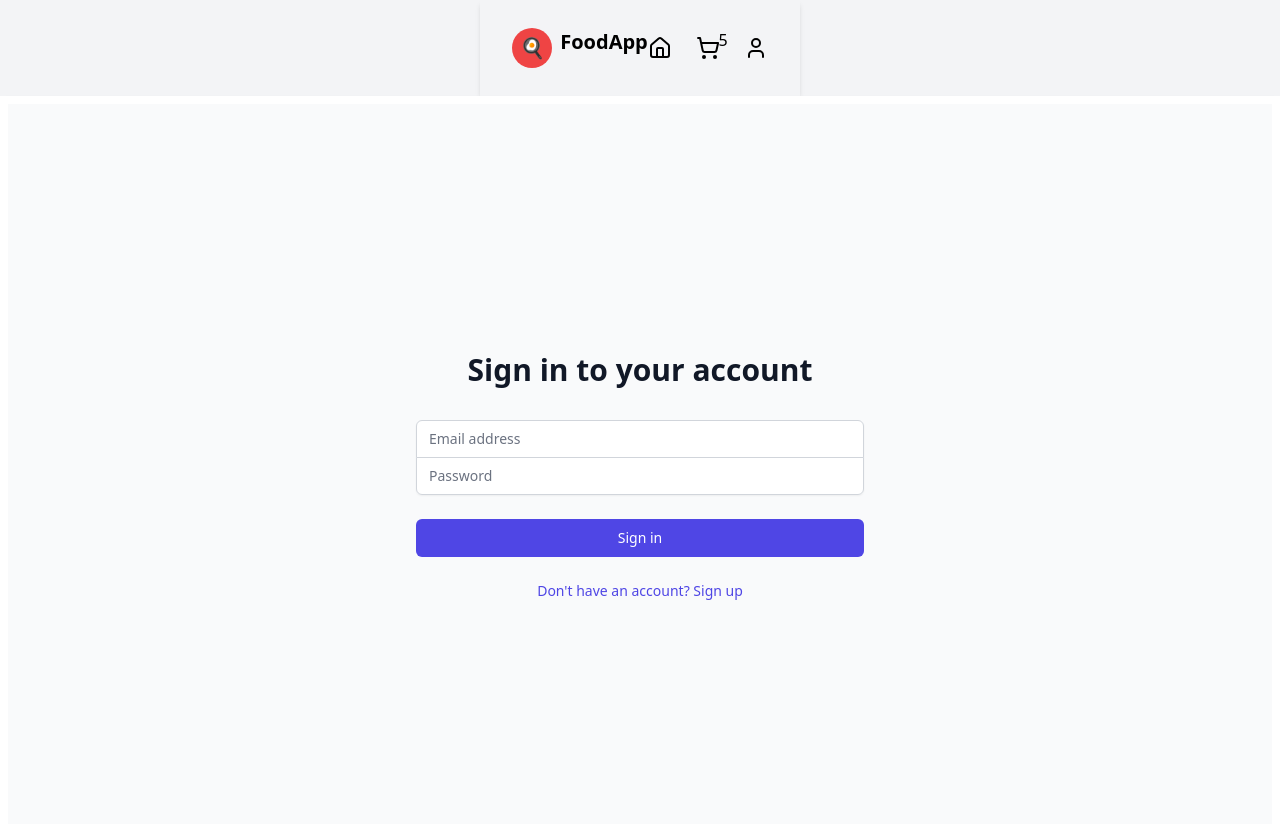
Repository: Deniihsilvaa/pastelariadoceesal
Page: /auth
An editor plug-in stored every save of this project. The page is shown before and after the next save, followed by the edit.
The browser window is 1280 px wide. The pictures show the whole page.
The page's requests for data from a server got no answer. The project was rebuilt for these pictures with package versions that can differ from the ones it lists, and the page was loaded fresh each time. No one was signed in, and anything a server would have sent is missing. Also part of the build but not shown: vite.config.ts, src/components/home/CategoryCard.tsx, src/pages/HomePage.tsx, src/lib/supabaseClient.ts, src/components/restaurant/MenuItem.tsx, src/components/restaurant/MenuList.tsx, src/components/restaurant/RestaurantHeader.tsx, src/pages/RestaurantPage.tsx and 1 more.

Above is the page before, as saved 2024-12-31 18:04:01.

### index.html
<!doctype html>
<html lang="en">

<head>
  <meta charset="UTF-8" />
  <link rel="icon" type="image/svg+xml" href="" />
  <meta name="viewport" content="width=device-width, initial-scale=1.0" />
  <title>Pastelaria Doce & Sal</title>

</head>

<body>
  <div id="root"></div>
  <script type="module" src="/src/main.tsx"></script>
</body>

</html>

### src/App.tsx
// src/app.tsx
import { PrimeReactProvider } from "primereact/api";
import React from "react";
import { BrowserRouter as Router } from "react-router-dom";
import { AuthProvider } from "./contexts/AuthContext";
import Rota from "./hooks/Rota.tsx";
import Layout from "./components/layout/Layout";

const App: React.FC = () => {
  return (
    <PrimeReactProvider value={{ unstyled: true }}>
      <Router>
        <AuthProvider>
          <Layout>
            <Rota />
          </Layout>
        </AuthProvider>
      </Router>
    </PrimeReactProvider>
  );
};

export default App;

### src/contexts/AuthContext.tsx
import  { createContext,  useState, ReactNode } from 'react';

interface AuthContextType {
  user: { name: string; email: string } | null;
  login: (userData: { name: string; email: string }) => void;
  logout: () => void;
}

export const AuthContext = createContext<AuthContextType | undefined>(undefined);

export function AuthProvider({ children }: { children: ReactNode }) {
  const [user, setUser] = useState<AuthContextType['user']>(null);

  const login = (userData: { name: string; email: string }) => {
    setUser(userData);
  };

  const logout = () => {
    setUser(null);
  };

  return (
    <AuthContext.Provider value={{ user, login, logout }}>
      {children}
    </AuthContext.Provider>
  );
}

### src/hooks/Rota.tsx
import { Routes, Route } from "react-router-dom";
import { useAuth } from "../contexts/useAuth.tsx";
import { AuthForm } from '../components/AuthForm.tsx';
import { HomePage } from '../pages/HomePage.tsx';
import { RestaurantPage } from '../pages/RestaurantPage';
import { Profile } from '../components/layout/profile/Profile';

const Rota = () => {
  const {user} = useAuth();

  return (
    <Routes>
      {/* Rotas públicas */}
      <Route path="/" element={<HomePage />} />
      <Route path="/auth" element={<AuthForm />} />
      <Route path="/profile" element={<Profile />} />
      <Route path="/restaurant/:id" element={<RestaurantPage />} />

      {user ? (
        <Route path="/profile" element={<Profile />} />
      ) : (
        <Route path="*" element={<HomePage />} />
      )}

      {/* Redirecionamento para a página inicial para qualquer outra rota desconhecida */}
      <Route path="*" element={<HomePage />} />
    </Routes>
  );
};

export default Rota;

### src/components/layout/Layout.tsx
// src/components/layout/Layout.tsx
import { ReactNode } from 'react';
import { Header } from './Header';

interface LayoutProps {
  children: ReactNode;
}

const Layout: React.FC<LayoutProps> = ({ children }) => {
  return (
    <div className="flex flex-col min-h-screen bg-gray-100 min-w-screen">
      <Header />
      <main className="flex-1 p-2 bg-white shadow-md">{children}</main>
    </div>
  );
};

export default Layout;

### src/contexts/useAuth.tsx
import { useContext } from 'react';
import {AuthContext} from '../contexts/AuthContext';

export function useAuth() {
  const context = useContext(AuthContext);
  if (context === undefined) {
    throw new Error('useAuth must be used within an AuthProvider');
  }
  return context;
}

### src/components/AuthForm.tsx
import { useState } from 'react';
import { useAuth } from '../contexts/useAuth';

export function AuthForm() {
  const [isLogin, setIsLogin] = useState(true);
  const [email, setEmail] = useState('');
  const [password, setPassword] = useState('');
  const [error, setError] = useState('');
  const { signIn, signUp } = useAuth();

  const handleSubmit = async (e: React.FormEvent) => {
    e.preventDefault();
    setError('');

    try {
      if (isLogin) {
        await signIn(email, password);
      } else {
        await signUp(email, password);
      }
    } catch (err) {
      setError(err instanceof Error ? err.message : 'An error occurred');
    }
  };

  return (
    <div className="flex items-center justify-center min-h-screen px-4 py-12 bg-gray-50 sm:px-6 lg:px-8">
      <div className="w-full max-w-md space-y-8">
        <div>
          <h2 className="mt-6 text-3xl font-extrabold text-center text-gray-900">
            {isLogin ? 'Sign in to your account' : 'Create your account'}
          </h2>
        </div>
        <form className="mt-8 space-y-6" onSubmit={handleSubmit}>
          <div className="-space-y-px rounded-md shadow-sm">
            <div>
              <label htmlFor="email-address" className="sr-only">
                Email address
              </label>
              <input
                id="email-address"
                name="email"
                type="email"
                required
                className="relative block w-full px-3 py-2 text-gray-900 placeholder-gray-500 border border-gray-300 rounded-none appearance-none rounded-t-md focus:outline-none focus:ring-indigo-500 focus:border-indigo-500 focus:z-10 sm:text-sm"
                placeholder="Email address"
                value={email}
                onChange={(e) => setEmail(e.target.value)}
              />
            </div>
            <div>
              <label htmlFor="password" className="sr-only">
                Password
              </label>
              <input
                id="password"
                name="password"
                type="password"
                required
                className="relative block w-full px-3 py-2 text-gray-900 placeholder-gray-500 border border-gray-300 rounded-none appearance-none rounded-b-md focus:outline-none focus:ring-indigo-500 focus:border-indigo-500 focus:z-10 sm:text-sm"
                placeholder="Password"
                value={password}
                onChange={(e) => setPassword(e.target.value)}
              />
            </div>
          </div>

          {error && (
            <div className="text-sm text-center text-red-500">{error}</div>
          )}

          <div>
            <button
              type="submit"
              className="relative flex justify-center w-full px-4 py-2 text-sm font-medium text-white bg-indigo-600 border border-transparent rounded-md group hover:bg-indigo-700 focus:outline-none focus:ring-2 focus:ring-offset-2 focus:ring-indigo-500"
            >
              {isLogin ? 'Sign in' : 'Sign up'}
            </button>
          </div>

          <div className="text-sm text-center">
            <button
              type="button"
              className="font-medium text-indigo-600 hover:text-indigo-500"
              onClick={() => setIsLogin(!isLogin)}
            >
              {isLogin
                ? "Don't have an account? Sign up"
                : 'Already have an account? Sign in'}
            </button>
          </div>
        </form>
      </div>
    </div>
  );
}

### src/components/layout/Header.tsx
// src/components/layout/Header.tsx
import { Link } from 'react-router-dom';
import { Avatar } from 'primereact/avatar';
import { Badge } from 'primereact/badge';
import { InputText } from 'primereact/inputtext';
import { Search, ShoppingCart, User, Home, Heart } from 'lucide-react';
import { useAuth } from '../../contexts/useAuth';

export function Header() {
  const { user } = useAuth();

  return (
    <div className="flex items-center justify-between p-4 mx-auto space-x-6 shadow-md max-w-7xl sm:flex-col md:flex-row">
      <div className="flex items-center justify-center h-16 px-4 mx-auto max-w-7xl">
        {/* Logo */}
        <Link to="/" className="flex justify-end space-x-2 ">
          <div className="flex items-center justify-center w-10 h-10 bg-red-500 rounded-full">
            <span className="text-xl text-white">🍳</span>
          </div>
          <span className="text-xl font-bold">FoodApp</span>
        </Link>

        {/* Navigation Links */}
        <nav className="flex items-center space-x-6">
          <Link to="/" className="nav-link">
            <Home className="w-6 h-6 hover:text-red-500" />
          </Link>
          <Link to="/cart" className="relative nav-link">
            <ShoppingCart className="w-6 h-6 hover:text-red-500" />
            <Badge value="5" className="absolute -top-2 -right-2" />
          </Link>
          <Link to={user ? "/profile" : "/auth"} className="nav-link">
            {user ? (
              <Avatar
                icon="pi pi-user"
                shape="circle"
                size="xlarge"
                className="w-10 h-10 bg-gray-200 hover:shadow-lg"
              />
            ) : (
              <User className="w-6 h-6 hover:text-red-500" />
            )}
          </Link>
        </nav>
      </div>
    </div>
  );
}

### tailwind.config.js
/** @type {import('tailwindcss').Config} */
module.exports = {
  content: ["./index.html", "./src/**/*.{js,ts,jsx,tsx}"],
  theme: {
    extend: {},
  },
  plugins: [],
}

Loaded but not shown: src/main.tsx (common file); src/index.css (common file)

After the next save:
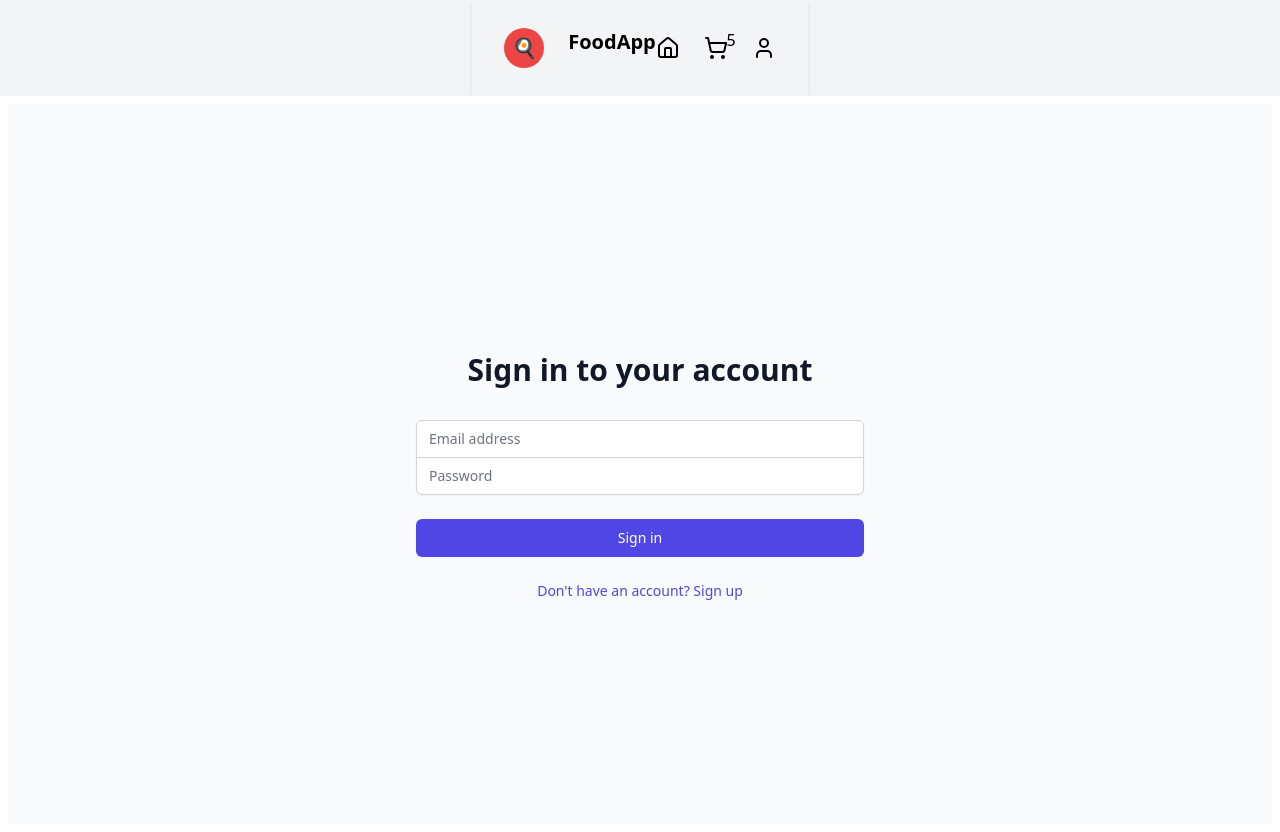
Saved 10 s later.
--- a/src/components/layout/Header.tsx
+++ b/src/components/layout/Header.tsx
@@ -13,7 +13,7 @@ export function Header() {
     <div className="flex items-center justify-between p-4 mx-auto space-x-6 shadow-md max-w-7xl sm:flex-col md:flex-row">
       <div className="flex items-center justify-center h-16 px-4 mx-auto max-w-7xl">
         {/* Logo */}
-        <Link to="/" className="flex justify-end space-x-2 ">
+        <Link to="/" className="flex justify-end space-x-6 ">
           <div className="flex items-center justify-center w-10 h-10 bg-red-500 rounded-full">
             <span className="text-xl text-white">🍳</span>
           </div>
